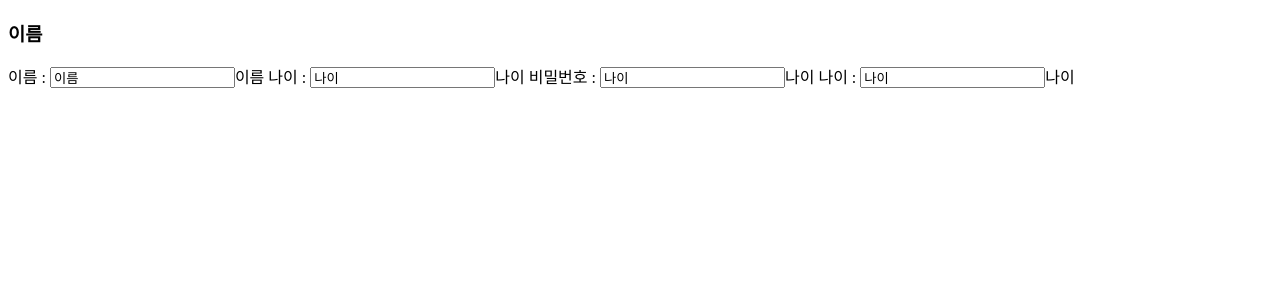
Repository: Dalso13/workspace
Page: workspace_exam/Test_1/WebContent/01_html/08_test.html
The author's editor kept a copy of each file at every save. The page is drawn from the files as they stood at one save, then again after the next save.
The browser window is 1280 px wide. The pictures show the whole page.

Above is the page before, as saved 2023-03-14 04:04:12.

After the next save:
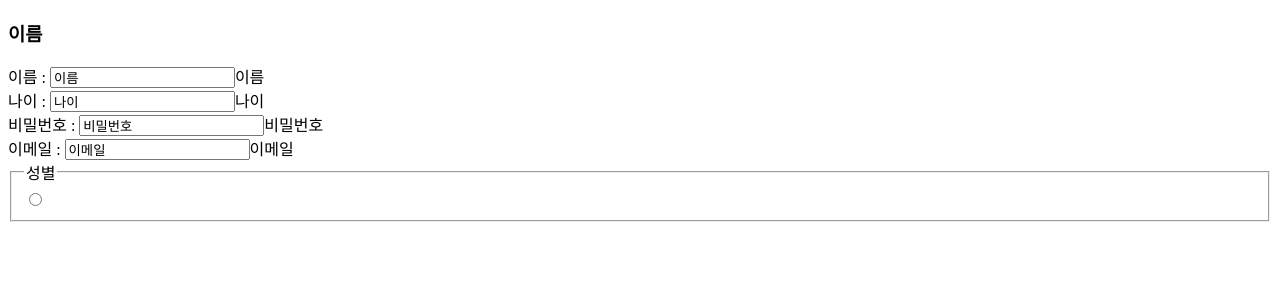
Saved 3 min 46 s later.
--- a/workspace_exam/Test_1/WebContent/01_html/08_test.html
+++ b/workspace_exam/Test_1/WebContent/01_html/08_test.html
@@ -7,9 +7,14 @@
 <body>
 	<form action="#" method="get">
 		<h3>이름</h3>
-		이름 : <input type="text" value="이름">이름
-		나이 : <input type="text" value="나이">나이
-		비밀번호 : <input type="text" value="나이">나이
-		나이 : <input type="text" value="나이">나이
+		이름 : <input type="text" value="이름">이름<br>
+		나이 : <input type="text" value="나이">나이<br>
+		비밀번호 : <input type="text" value="비밀번호">비밀번호<br>
+		이메일 : <input type="text" value="이메일">이메일<br>
+
+		<fieldset>
+			<legend>성별</legend>
+			<input type="radio" name="ge"
+		</fieldset>
 </body>
 </html>
